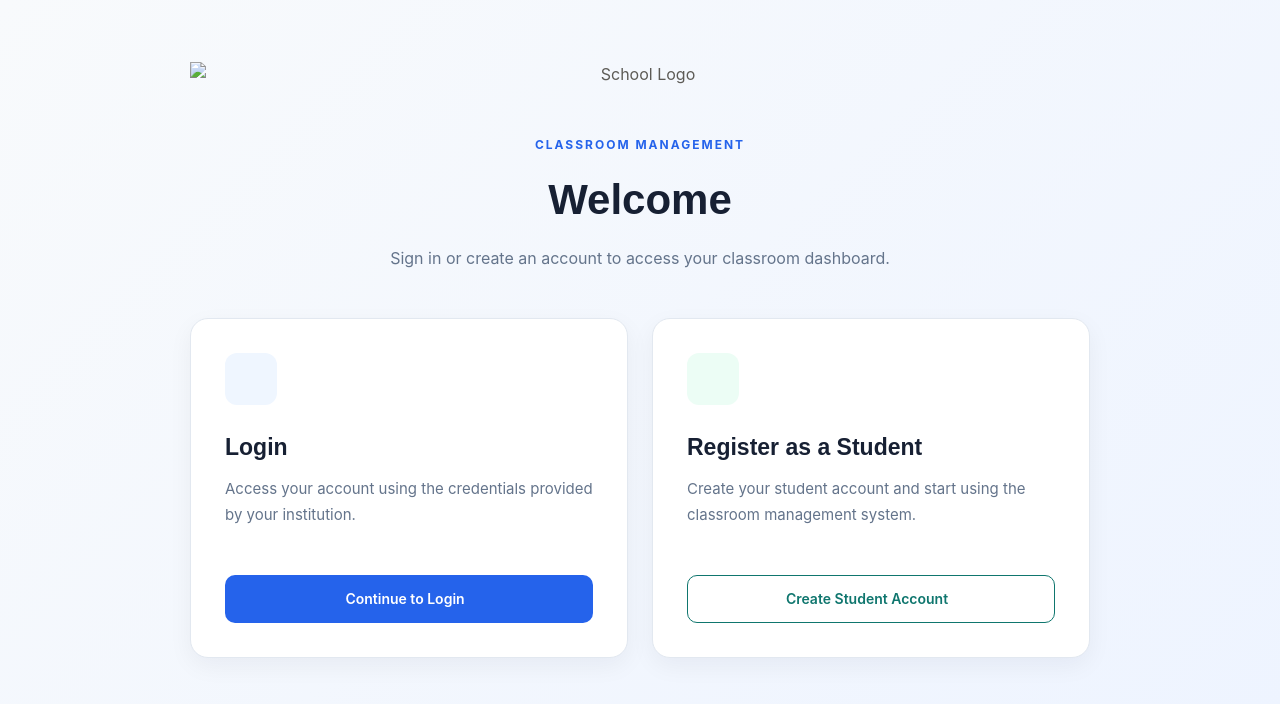
Repository: Chocovcandy/Classroom_Management_System
Page: http://localhost/Login_page
An editor plug-in stored every save of this project. The page is shown before and after the next save, followed by the edit.
The browser window is 1280 px wide. The pictures show the whole page.
Some web libraries are served in a nearby version. The page is served by the project's Laravel application, run on PHP 8.4 with Laravel 12. Other server files are loaded and not shown.

Above is the page before, as saved 2026-08-13 23:10:48.

### routes/web.php
<?php

use App\Http\Controllers\ProfileController;
use App\Http\Controllers\RoleSelectController;
use Illuminate\Support\Facades\Route;
use App\Http\Controllers\Admin\DepartmentController;
use App\Http\Controllers\Admin\UserController;

//public routes
Route::get('/', function () {
    return view('welcome');
})->name('welcome');

Route::get('/Login_page', function () {
    return view('Login_page');
})->name('Login_page');


// Authentication routes (login, register, etc.) are provided by Breeze
Route::middleware(['auth'])->group(function () {

    // Role selection (after login)
    Route::get('/role/select', [RoleSelectController::class, 'show'])
        ->name('role.select');

    Route::post('/role/select', [RoleSelectController::class, 'store'])
        ->name('role.select.store');

    // Profile (any logged-in user)
    Route::controller(ProfileController::class)->group(function () {
        Route::get('/profile', 'edit')->name('profile.edit');
        Route::patch('/profile', 'update')->name('profile.update');
        Route::delete('/profile', 'destroy')->name('profile.destroy');
    });

    // Admin routes
    Route::prefix('admin')
        ->name('admin.')
        ->middleware(['role:Admin'])
        ->group(function () {

            Route::view('/dashboard', 'admin.dashboard')
                ->name('dashboard');

            Route::resource('users', UserController::class);
            Route::resource('departments', DepartmentController::class);
        });

 // Dean rputes
    Route::prefix('dean')
        ->name('dean.')
        ->middleware(['role:Dean'])
        ->group(function () {
            Route::view('/dashboard', 'dean.dashboard')
                ->name('dashboard');
        });

    //HoD routes
    Route::prefix('hod')
        ->name('hod.')
        ->middleware(['role:HoD'])
        ->group(function () {
            Route::view('/dashboard', 'hod.dashboard')
                ->name('dashboard');
        });

    // Professor routes
    Route::prefix('professor')
        ->name('professor.')
        ->middleware(['role:Professor'])
        ->group(function () {
            Route::view('/dashboard', 'professor.dashboard')
                ->name('dashboard');
        });

    // Student routes
    Route::prefix('student')
        ->name('student.')
        ->middleware(['role:Student'])
        ->group(function () {
            Route::view('/dashboard', 'student.dashboard')
                ->name('dashboard');
        });


});

require __DIR__.'/auth.php';

### resources/views/Login_page.blade.php
<!DOCTYPE html>
<html lang="en">

<head>
    <meta charset="UTF-8">
    <meta name="viewport" content="width=device-width, initial-scale=1.0">
    <!--=============== BOXICONS ===============-->
    <link rel="stylesheet" href="https://cdn.jsdelivr.net/npm/boxicons@latest/css/boxicons.min.css">

    <link rel="stylesheet" href="/assets/css/login_style.css">
    <link rel="stylesheet" href="/assets/css/welcome_style.css">

    <title>Classroom Management System</title>

    <!-- Tailwind CDN (quick setup) -->
    <script src="https://cdn.tailwindcss.com"></script>
</head>

<body>

    <div class="auth-choice-page">

        @guest

            <div class="auth-choice-container">
                <div class="auth-choice-header">
                    <img src="{{ asset('images/school-logo.png') }}" alt="School Logo" class="auth-school-logo">
                </div>

                <div class="auth-choice-header">
                    <span class="auth-choice-label">CLASSROOM MANAGEMENT</span>

                    <h1>Welcome</h1>

                    <p>
                        Sign in or create an account to access your classroom dashboard.
                    </p>
                </div>


                <div class="auth-choice-grid">

                    <!-- Login -->
                    <div class="auth-choice-card">

                        <div class="auth-choice-icon login-icon">
                            <i class="ri-login-box-line"></i>
                        </div>

                        <div class="auth-choice-content">

                            <h2>Login</h2>

                            <p>
                                Access your account using the credentials
                                provided by your institution.
                            </p>

                            <a href="{{ route('login') }}" class="auth-choice-btn login-btn">
                                Continue to Login
                                <i class="ri-arrow-right-line"></i>
                            </a>

                        </div>

                    </div>


                    <!-- Student Register -->
                    @if (Route::has('register'))

                        <div class="auth-choice-card">

                            <div class="auth-choice-icon student-icon">
                                <i class="ri-user-add-line"></i>
                            </div>

                            <div class="auth-choice-content">

                                <h2>Register as a Student</h2>

                                <p>
                                    Create your student account and start
                                    using the classroom management system.
                                </p>

                                <a href="{{ route('register') }}" class="auth-choice-btn student-btn">

                                    Create Student Account
                                    <i class="ri-arrow-right-line"></i>

                                </a>

                            </div>

                        </div>

                    @endif

                </div>

            </div>

        @endguest


        @auth
            @php
                $role = auth()->user()->roles->first()->role_name ?? 'User';
            @endphp
            <div class="mt-8">
                <!-- User Card -->
                <div class="rounded-2xl bg-slate-50 border border-slate-200 p-5 text-center">
                    <div
                        class="mx-auto flex h-14 w-14 items-center justify-center rounded-full bg-blue-100 text-blue-700 font-bold text-xl">

                        {{ strtoupper(substr(auth()->user()->name, 0, 1)) }}
                    </div>

                    <h3 class="mt-4 text-xl font-semibold text-gray-900">
                        {{ auth()->user()->name }}
                    </h3>

                    <span class="inline-flex mt-2 rounded-full bg-blue-100 px-3 py-1 text-sm font-medium text-blue-700">
                        {{ $role }}
                    </span>

                </div>

                <!-- Dashboard Button -->

                @if ($role === 'Admin')
                <a href="{{ route('admin.dashboard') }}" @elseif ($role === 'Dean') href="{{ route('dean.dashboard') }}"
                @elseif ($role === 'HoD') href="{{ route('hod.dashboard') }}" @elseif ($role === 'Professor')
                    href="{{ route('professor.dashboard') }}" @elseif ($role === 'Student')
                    href="{{ route('student.dashboard') }}" @endif
                    class="mt-6 flex justify-center rounded-xl bg-emerald-600 py-3 font-semibold text-white shadow-lg hover:bg-emerald-700 transition">

                    Go to Dashboard

                </a>

                <form method="POST" action="{{ route('logout') }}" class="mt-4">
                    @csrf

                    <button type="submit"
                        class="w-full rounded-xl border border-red-300 py-3 font-medium text-red-600 hover:bg-red-50 transition">

                        Logout

                    </button>

                </form>

            </div>

        @endauth

    </div>
    </div>


    </div>


</body>

</html>

### public/assets/css/login_style.css
.auth-choice-page {
    min-height: 100vh;
    display: flex;
    align-items: center;
    justify-content: center;
    padding: 60px 24px;

    background:
        linear-gradient(
            135deg,
            #f8fafc 0%,
            #eef4ff 100%
        );
}

.auth-choice-container {
    width: 100%;
    max-width: 900px;
}

.auth-choice-header {
    text-align: center;
    margin-bottom: 45px;
}

.auth-choice-label {
    display: inline-block;
    margin-bottom: 14px;

    font-size: 12px;
    font-weight: 700;
    letter-spacing: 2px;

    color: #2563eb;
}

.auth-choice-header h1 {
    margin: 0;

    font-size: 42px;
    font-weight: 700;

    color: #172033;
}

.auth-choice-header p {
    max-width: 560px;
    margin: 14px auto 0;

    font-size: 16px;
    line-height: 1.7;

    color: #64748b;
}


/* Cards */

.auth-choice-grid {
    display: grid;
    grid-template-columns: repeat(2, 1fr);
    gap: 24px;
}

.auth-choice-card {
    display: flex;
    flex-direction: column;

    min-height: 340px;
    padding: 34px;

    background: #ffffff;

    border: 1px solid #e2e8f0;
    border-radius: 18px;

    box-shadow:
        0 8px 25px rgba(15, 23, 42, 0.05);

    transition:
        transform 0.25s ease,
        box-shadow 0.25s ease,
        border-color 0.25s ease;
}

.auth-choice-card:hover {
    transform: translateY(-5px);

    border-color: #cbd5e1;

    box-shadow:
        0 18px 40px rgba(15, 23, 42, 0.10);
}


/* Icons */

.auth-choice-icon {
    width: 52px;
    height: 52px;

    display: flex;
    align-items: center;
    justify-content: center;

    border-radius: 12px;

    font-size: 24px;
}

.login-icon {
    color: #2563eb;
    background: #eff6ff;
}

.student-icon {
    color: #0f766e;
    background: #ecfdf5;
}


/* Content */

.auth-choice-content {
    display: flex;
    flex-direction: column;

    flex: 1;

    margin-top: 25px;
}

.auth-choice-content h2 {
    margin: 0;

    font-size: 23px;
    font-weight: 650;

    color: #172033;
}

.auth-choice-content p {
    margin: 12px 0 28px;

    font-size: 15px;
    line-height: 1.7;

    color: #64748b;
}


/* Buttons */

.auth-choice-btn {
    margin-top: auto;

    display: flex;
    align-items: center;
    justify-content: center;
    gap: 8px;

    min-height: 48px;

    border-radius: 10px;

    font-size: 14px;
    font-weight: 600;

    text-decoration: none;

    transition: all 0.2s ease;
}

.login-btn {
    color: #ffffff;
    background: #2563eb;
}

.login-btn:hover {
    background: #1d4ed8;
}

.student-btn {
    color: #0f766e;
    background: #ffffff;

    border: 1px solid #0f766e;
}

.student-btn:hover {
    color: #ffffff;
    background: #0f766e;
}


/* Mobile */

@media (max-width: 700px) {

    .auth-choice-page {
        padding: 40px 20px;
    }

    .auth-choice-header h1 {
        font-size: 34px;
    }

    .auth-choice-grid {
        grid-template-columns: 1fr;
    }

    .auth-choice-card {
        min-height: auto;
    }
}

Loaded but not shown: routes/auth.php (common file); app/Http/Controllers/Auth/EmailVerificationPromptController.php (common file); app/Http/Controllers/Controller.php (common file); app/Http/Controllers/Auth/VerifyEmailController.php (common file); public/assets/css/welcome_style.css (941 lines, source omitted)

After the next save:
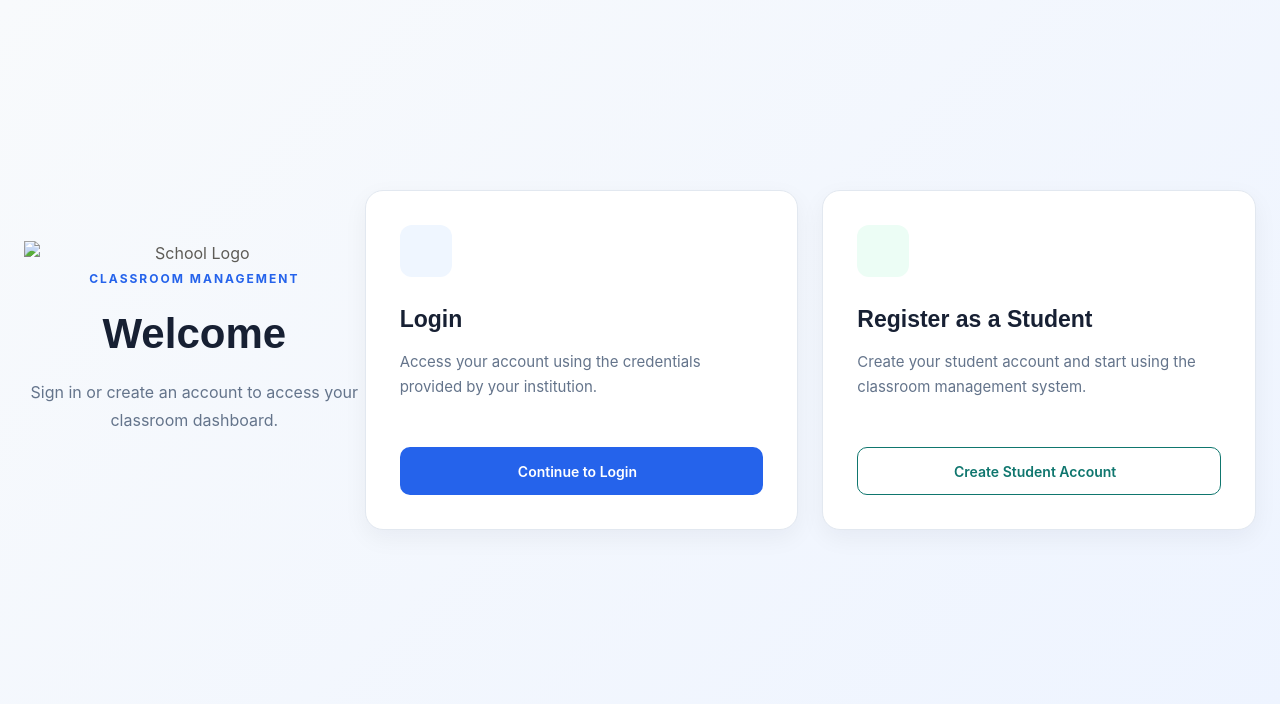
Saved 30 s later.
--- a/resources/views/Login_page.blade.php
+++ b/resources/views/Login_page.blade.php
@@ -21,21 +21,25 @@
     <div class="auth-choice-page">
 
         @guest
+<div class="auth-choice-header">
 
-            <div class="auth-choice-container">
-                <div class="auth-choice-header">
-                    <img src="{{ asset('images/school-logo.png') }}" alt="School Logo" class="auth-school-logo">
-                </div>
+    <img
+        src="{{ asset('images/school-logo.png') }}"
+        alt="School Logo"
+        class="auth-school-logo"
+    >
 
-                <div class="auth-choice-header">
-                    <span class="auth-choice-label">CLASSROOM MANAGEMENT</span>
+    <span class="auth-choice-label">
+        CLASSROOM MANAGEMENT
+    </span>
 
-                    <h1>Welcome</h1>
+    <h1>Welcome</h1>
 
-                    <p>
-                        Sign in or create an account to access your classroom dashboard.
-                    </p>
-                </div>
+    <p>
+        Sign in or create an account to access your classroom dashboard.
+    </p>
+
+</div>
 
 
                 <div class="auth-choice-grid">

After the save that followed:
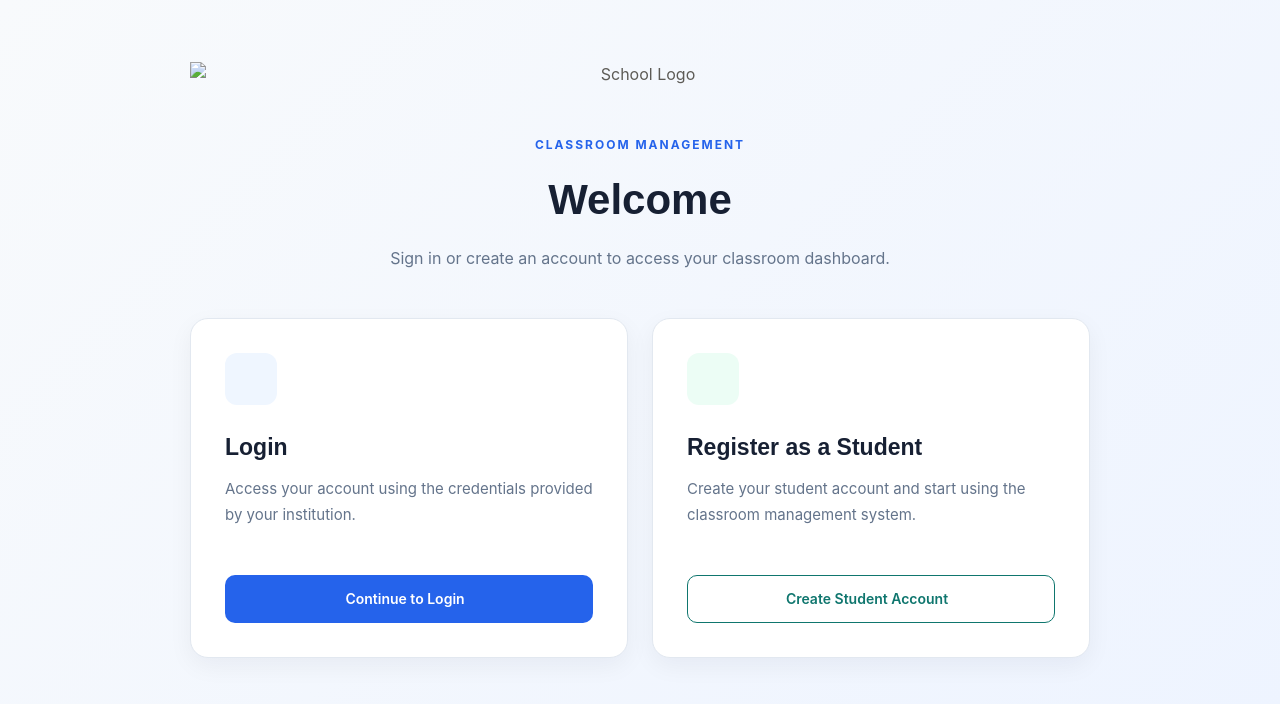
Saved 12 s later.
--- a/resources/views/Login_page.blade.php
+++ b/resources/views/Login_page.blade.php
@@ -21,25 +21,21 @@
     <div class="auth-choice-page">
 
         @guest
-<div class="auth-choice-header">
 
-    <img
-        src="{{ asset('images/school-logo.png') }}"
-        alt="School Logo"
-        class="auth-school-logo"
-    >
+            <div class="auth-choice-container">
+                <div class="auth-choice-header">
+                    <img src="{{ asset('images/school-logo.png') }}" alt="School Logo" class="auth-school-logo">
+                </div>
 
-    <span class="auth-choice-label">
-        CLASSROOM MANAGEMENT
-    </span>
+                <div class="auth-choice-header">
+                    <span class="auth-choice-label">CLASSROOM MANAGEMENT</span>
 
-    <h1>Welcome</h1>
+                    <h1>Welcome</h1>
 
-    <p>
-        Sign in or create an account to access your classroom dashboard.
-    </p>
-
-</div>
+                    <p>
+                        Sign in or create an account to access your classroom dashboard.
+                    </p>
+                </div>
 
 
                 <div class="auth-choice-grid">
